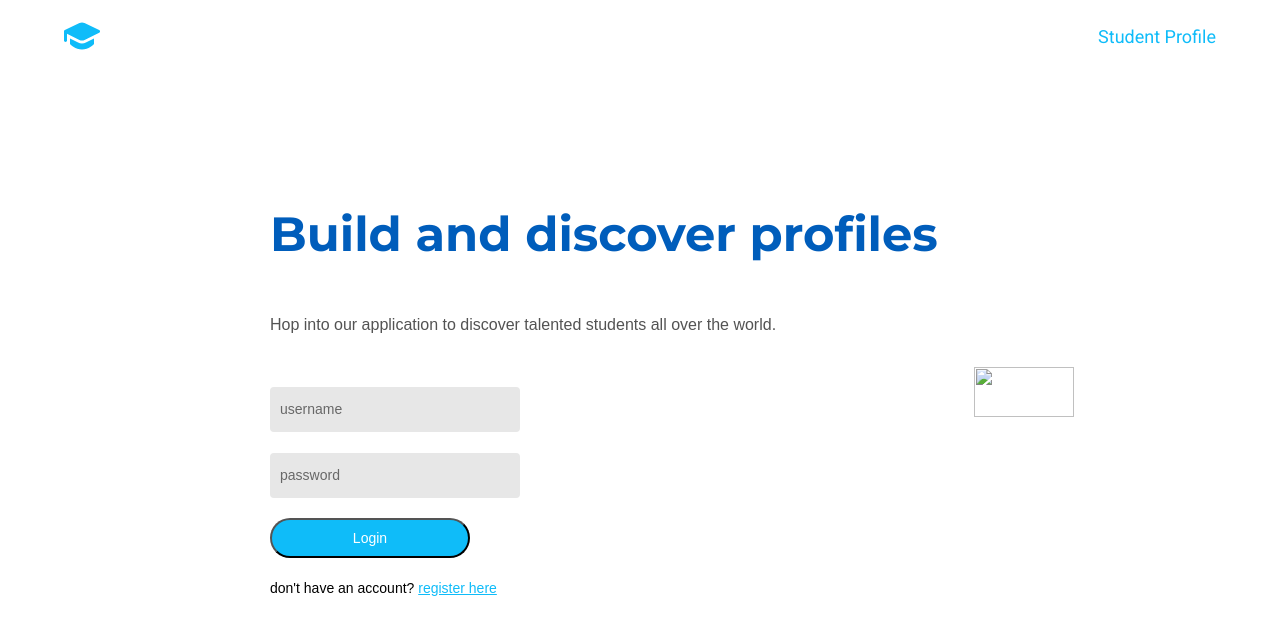
Repository: Mighil31/student_profile
Page: http://localhost/student_profile/jsp/login.jsp
An editor plug-in stored every save of this project. The page is shown before and after the next save, followed by the edit.
The browser window is 1280 px wide. The pictures show the whole page.
The page is served by Tomcat 9. Other server files are loaded and not shown. The template is opened directly, without the code that normally fills it, so the values that code supplies are empty.

Above is the page before, as saved 2021-10-28 14:36:45.

### student_profile/src/main/webapp/jsp/login.jsp
<%@ page language="java" contentType="text/html; charset=UTF-8"
	pageEncoding="UTF-8"%>
<%@ taglib uri="http://java.sun.com/jsp/jstl/core" prefix="c"%>
<html lang="en">
<head>
    <meta charset="UTF-8">
    <meta http-equiv="X-UA-Compatible" content="IE=edge">
    <meta name="viewport" content="width=device-width, initial-scale=1.0">
    <title>login</title>
    <style><%@include file="../styles/Login.css"%></style>

</head>
<body id="root">
    <div  class="LoginPage">
    <header>
        <div class="Logo">
            <svg width="48" height="36" viewBox="0 0 48 36" fill="none" xmlns="http://www.w3.org/2000/svg"> <path d="M20.64 0.755644C21.6903 0.258094 22.8379 0 24 0C25.1622 0 26.3098 0.258094 27.36 0.755644L46.856 9.99164C47.1956 10.1524 47.4831 10.4055 47.6855 10.7221C47.8879 11.0387 47.997 11.4059 48.0003 11.7816C48.0037 12.1573 47.9011 12.5264 47.7044 12.8465C47.5077 13.1667 47.2247 13.4249 46.888 13.5916L27.488 23.2156C26.404 23.7535 25.2102 24.0334 24 24.0334C22.7899 24.0334 21.5961 23.7535 20.512 23.2156L4.00002 15.0236V23.9996C4.00002 24.5301 3.78931 25.0388 3.41423 25.4139C3.03916 25.7889 2.53045 25.9996 2.00002 25.9996C1.46959 25.9996 0.96088 25.7889 0.585807 25.4139C0.210734 25.0388 2.03059e-05 24.5301 2.03059e-05 23.9996V11.9996V11.8996C-0.0185743 11.5043 0.0800979 11.1122 0.283639 10.7727C0.48718 10.4333 0.786511 10.1615 1.14402 9.99164L20.64 0.751644V0.755644ZM8.00002 21.4756V27.9996C8.00008 28.2627 8.05204 28.5232 8.15294 28.7662C8.25384 29.0092 8.40169 29.2299 8.58802 29.4156L8.59602 29.4276L8.68802 29.5116L8.92802 29.7356C10.1816 30.8529 11.5368 31.8506 12.976 32.7156C15.648 34.3196 19.508 35.9996 24 35.9996C28.492 35.9996 32.352 34.3196 35.028 32.7156C36.4672 31.8506 37.8225 30.8529 39.076 29.7356L39.316 29.5116L39.38 29.4476L39.404 29.4236L39.408 29.4196L39.416 29.4156C39.6016 29.2296 39.7487 29.0087 39.8489 28.7658C39.9492 28.5228 40.0005 28.2625 40 27.9996V21.4716L29.264 26.7996C27.6279 27.6111 25.8263 28.0332 24 28.0332C22.1737 28.0332 20.3722 27.6111 18.736 26.7996L8.00002 21.4716V21.4756Z" fill="#0FBCF9"/> </svg>
        </div>
        <a href="./About.html">Student Profile</a>
    </header>
    <div class="LeftPanel">
        <div class="Introtext">
            <h1>Build and discover profiles</h1>
            <p>
                Hop into our application to discover talented students all over the world.

            </p>
        </div>
        <form action="new" method="post" class="LoginForm">
            <div class="input-field">
              <input type="text" name ="userNam" id="uname" value="<c:out value='${student.firstName}' />" required />
              <label for="uname">username</label>
            </div>
            <div class="input-field">
                <input type="password" id="pwd" value="<c:out value='${student.password}' />" required />
                <label for="pwd">password</label>
            </div>
            <button type="submit" class="LoginButton">Login</button>
            <div class="newUser">
                don't have an account?
                <a href="signup.html">register here</a>
            </div>
        </form>
    </div>
    <img src="../media/illustrations/login_image.png" height="50px" width="100px"></img>
    </div>


</body>
</html>

### student_profile/src/main/webapp/styles/Login.css
@import url("https://fonts.googleapis.com/css2?family=Roboto&display=swap");
@import url("https://fonts.googleapis.com/css2?family=Nunito:wght@500&display=swap");
@import url("https://fonts.googleapis.com/css2?family=Montserrat:wght@700&display=swap");
* {
  margin: 0%;
  padding: 0;
  -webkit-box-sizing: border-box;
          box-sizing: border-box;
  font-family: 'nuninto', sans-serif;
  font-size: 14px;
}

#root {
  width: 100%;
  height: 100%;
}

#root .LoginPage {
  width: 100%;
  height: 100vh;
  padding-top: 5%;
  display: -webkit-box;
  display: -ms-flexbox;
  display: flex;
  -webkit-box-pack: center;
      -ms-flex-pack: center;
          justify-content: center;
  -webkit-box-align: center;
      -ms-flex-align: center;
          align-items: center;
  text-align: center;
}

#root .LoginPage header {
  width: 100%;
  height: 10vh;
  position: fixed;
  top: 0;
  left: 0;
  display: -webkit-box;
  display: -ms-flexbox;
  display: flex;
  -webkit-box-pack: center;
      -ms-flex-pack: center;
          justify-content: center;
  -webkit-box-align: center;
      -ms-flex-align: center;
          align-items: center;
  text-align: center;
  -webkit-box-pack: justify;
      -ms-flex-pack: justify;
          justify-content: space-between;
  padding: 0 5% 0 5%;
}

#root .LoginPage header .Logo svg {
  width: 36px;
  height: 36px;
}

#root .LoginPage header a {
  font-family: 'Roboto';
  font-size: 18px;
  color: #0fbcf9;
  text-decoration: none;
}

#root .LoginPage .LeftPanel {
  width: 60%;
  height: 70%;
  display: -webkit-box;
  display: -ms-flexbox;
  display: flex;
  -webkit-box-pack: center;
      -ms-flex-pack: center;
          justify-content: center;
  -webkit-box-align: center;
      -ms-flex-align: center;
          align-items: center;
  text-align: center;
  -webkit-box-orient: vertical;
  -webkit-box-direction: normal;
      -ms-flex-direction: column;
          flex-direction: column;
  -webkit-box-pack: space-evenly;
      -ms-flex-pack: space-evenly;
          justify-content: space-evenly;
  -webkit-box-align: start;
      -ms-flex-align: start;
          align-items: flex-start;
  padding-left: 5%;
}

#root .LoginPage .LeftPanel .Introtext {
  width: 100%;
  height: 40%;
  display: -webkit-box;
  display: -ms-flexbox;
  display: flex;
  -webkit-box-pack: center;
      -ms-flex-pack: center;
          justify-content: center;
  -webkit-box-align: center;
      -ms-flex-align: center;
          align-items: center;
  text-align: center;
  -webkit-box-orient: vertical;
  -webkit-box-direction: normal;
      -ms-flex-direction: column;
          flex-direction: column;
  -ms-flex-pack: distribute;
      justify-content: space-around;
  -webkit-box-align: start;
      -ms-flex-align: start;
          align-items: flex-start;
}

#root .LoginPage .LeftPanel .Introtext h1 {
  color: #005dbb;
  font-size: 48px;
  text-align: left;
  font-family: 'Montserrat', sans-serif;
}

#root .LoginPage .LeftPanel .Introtext p {
  font-size: 16px;
  text-align: left;
  color: #535353;
}

#root .LoginPage .LeftPanel .LoginForm {
  width: 50%;
  height: 50%;
  display: -webkit-box;
  display: -ms-flexbox;
  display: flex;
  -webkit-box-pack: center;
      -ms-flex-pack: center;
          justify-content: center;
  -webkit-box-align: center;
      -ms-flex-align: center;
          align-items: center;
  text-align: center;
  -webkit-box-orient: vertical;
  -webkit-box-direction: normal;
      -ms-flex-direction: column;
          flex-direction: column;
  -ms-flex-pack: distribute;
      justify-content: space-around;
  -webkit-box-align: start;
      -ms-flex-align: start;
          align-items: flex-start;
}

#root .LoginPage .LeftPanel .LoginForm .newUser a {
  color: #0fbcf9;
}

#root .LoginPage .LeftPanel .LoginForm .LoginButton {
  width: 200px;
  height: 40px;
  background: #0fbcf9;
  color: white;
  display: -webkit-box;
  display: -ms-flexbox;
  display: flex;
  -webkit-box-pack: center;
      -ms-flex-pack: center;
          justify-content: center;
  -webkit-box-align: center;
      -ms-flex-align: center;
          align-items: center;
  text-align: center;
  cursor: pointer;
  -webkit-transition: 0.2s;
  transition: 0.2s;
  text-decoration: none;
  border-radius: 20px;
  z-index: 5;
}

#root .LoginPage .LeftPanel .LoginForm .LoginButton:hover {
  background: #005dbb;
  color: white;
}

#root .LoginPage .LeftPanel .LoginForm .input-field {
  position: relative;
  width: 250px;
  height: 44px;
  line-height: 44px;
}

#root .LoginPage .LeftPanel .LoginForm label {
  position: absolute;
  top: 0;
  left: 10px;
  color: #686868;
  -webkit-transition: 0.2s all;
  transition: 0.2s all;
  cursor: text;
}

#root .LoginPage .LeftPanel .LoginForm input {
  width: 100%;
  height: 45px;
  border: 0;
  outline: 0;
  padding-left: 10px;
  -webkit-box-shadow: none;
          box-shadow: none;
  color: #111;
  border-radius: 4px;
  background: #e7e7e7;
}

#root .LoginPage .LeftPanel .LoginForm input:invalid {
  outline: 0;
}

#root .LoginPage .LeftPanel .LoginForm input:focus,
#root .LoginPage .LeftPanel .LoginForm input:valid {
  border-color: #0fbcf9;
}

#root .LoginPage .LeftPanel .LoginForm input:focus ~ label,
#root .LoginPage .LeftPanel .LoginForm input:valid ~ label {
  font-size: 14px;
  top: -30px;
  left: 0;
  color: #0fbcf9;
}

.errorMessage{
  color:red;
}
/*# sourceMappingURL=Login.css.map */

Loaded but not shown: student_profile/src/main/java/student_profile/java/web/StudentServlet.java (508 lines, source omitted)

After the next save:
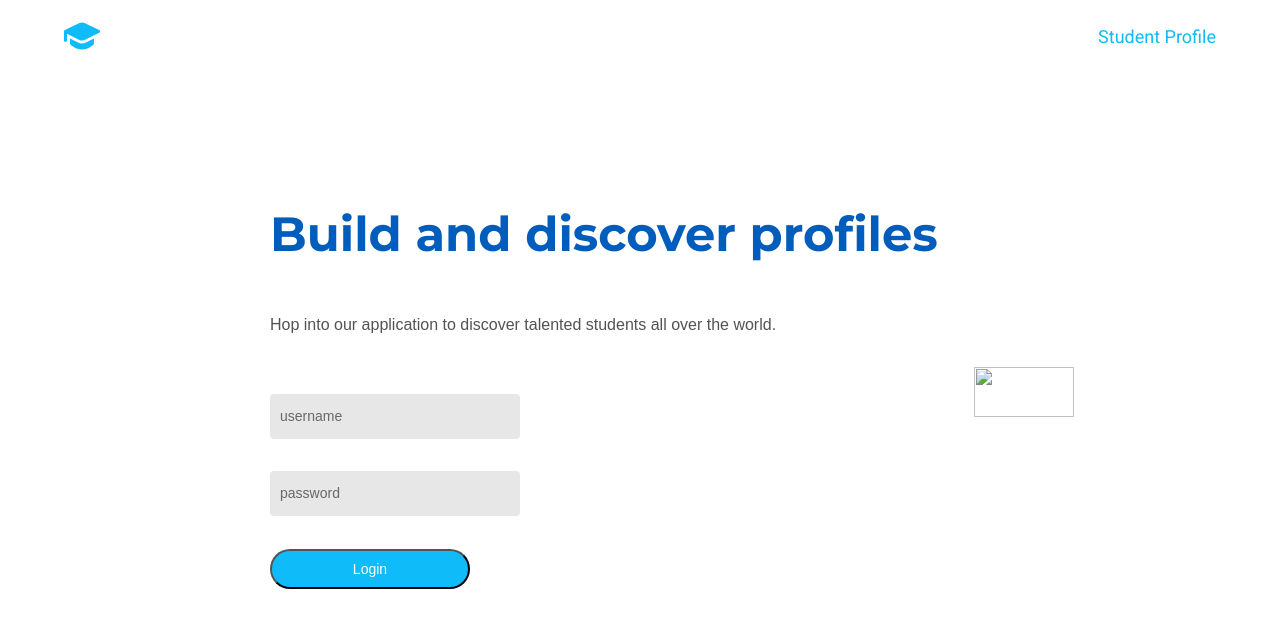
Saved 9 s later.
--- a/student_profile/src/main/webapp/jsp/login.jsp
+++ b/student_profile/src/main/webapp/jsp/login.jsp
@@ -36,10 +36,7 @@
                 <label for="pwd">password</label>
             </div>
             <button type="submit" class="LoginButton">Login</button>
-            <div class="newUser">
-                don't have an account?
-                <a href="signup.html">register here</a>
-            </div>
+
         </form>
     </div>
     <img src="../media/illustrations/login_image.png" height="50px" width="100px"></img>
